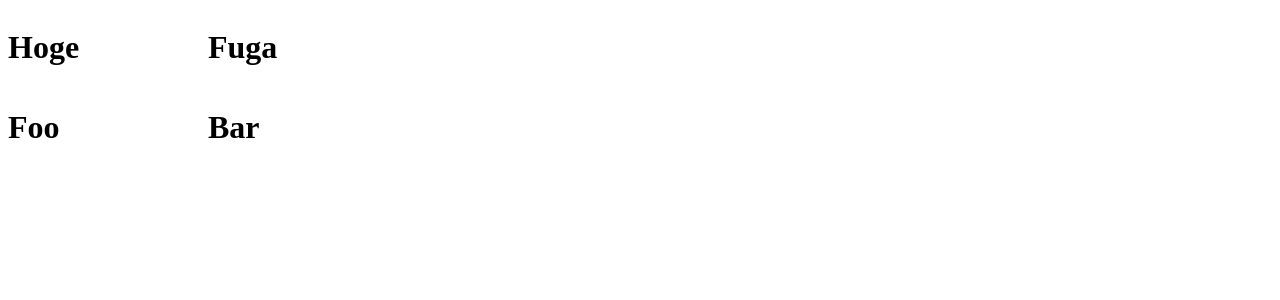
Repository: IzIzKen/samurai_HTML-CSS
Page: HTML CSSを学びWebプログラミングの第一歩を踏み出そう/15章 CSS Grid/index.html
The author's editor kept a record of every edit. The page is drawn from the files as they stood at one moment, then again after the next edit.
The browser window is 1280 px wide. The pictures show the whole page.

Above is the page before.

After the next edit:
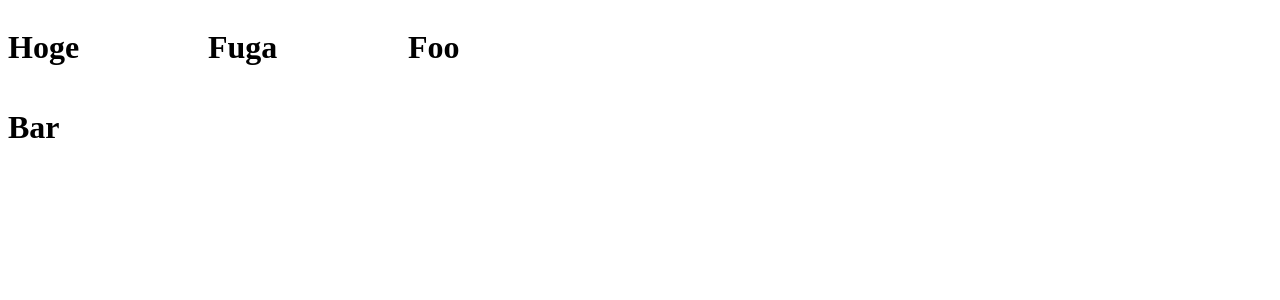
The edit:
--- a/HTML CSSを学びWebプログラミングの第一歩を踏み出そう/15章 CSS Grid/index.html
+++ b/HTML CSSを学びWebプログラミングの第一歩を踏み出そう/15章 CSS Grid/index.html
@@ -5,7 +5,7 @@
     <style>
         #grid {
             display: grid;
-            grid-template-columns: 200px 200px;
+            grid-template-columns: 200px 200px 200px;
         }
     </style>
 </head>
